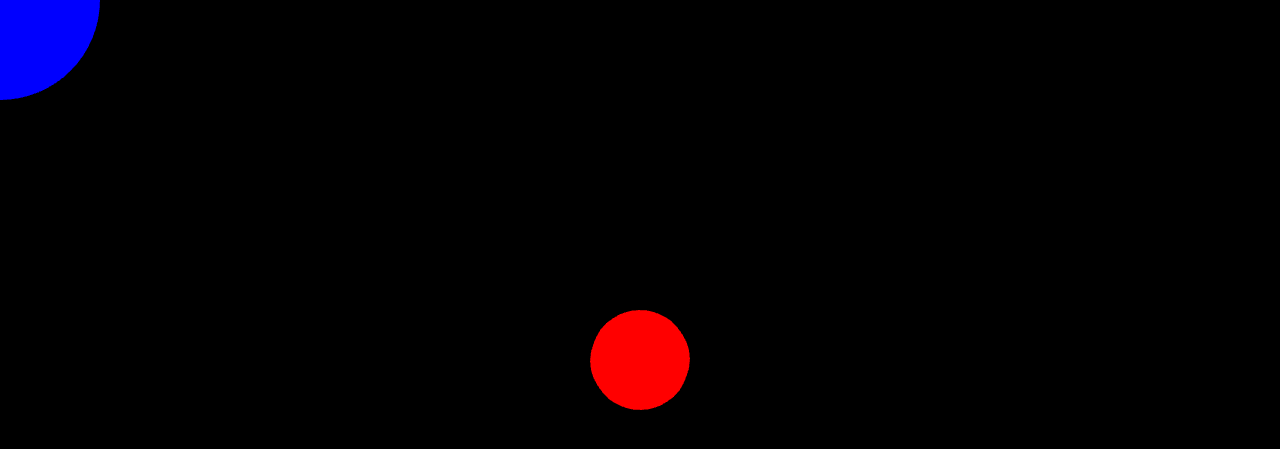
Repository: ZakariaZhlat125/multiple3dWindow
Page: index.html
An editor plug-in stored every save of this project. The page is shown before and after the next save, followed by the edit.
The browser window is 1280 px wide. The pictures show the whole page.

Above is the page before, as saved 2023-12-03 22:17:46.
Console error: ReferenceError: cubes is not defined

After the next save:
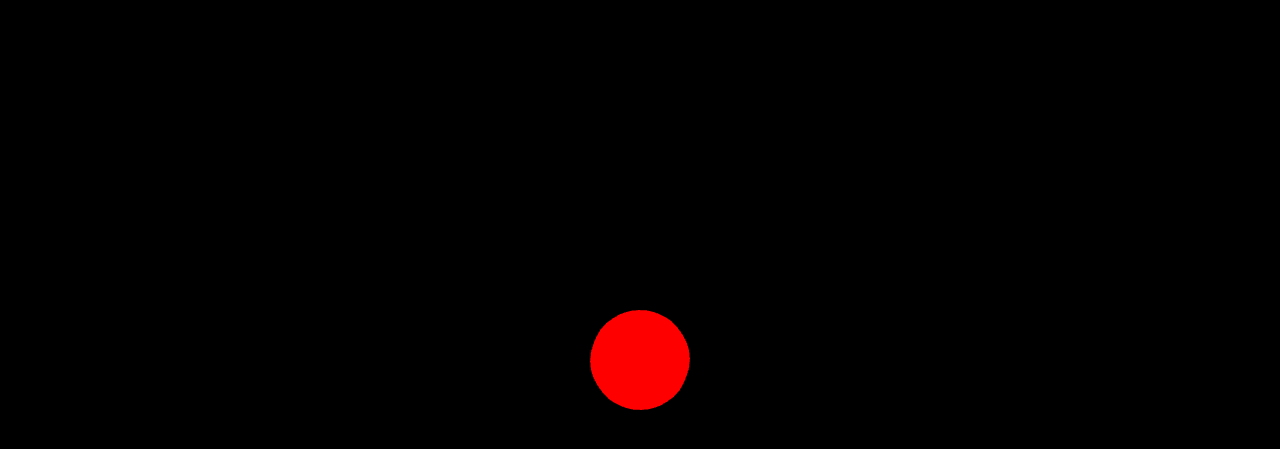
Saved 57 s later.
--- a/main.js
+++ b/main.js
@@ -5,7 +5,7 @@ let camera, scene, renderer, world;
 let near, far;
 let pixR = window.devicePixelRatio ? window.devicePixelRatio : 1;
 let balls = [];
-let backgroundSphere;
+
 let sceneOffsetTarget = { x: 0, y: 0 };
 let sceneOffset = { x: 0, y: 0 };
 
@@ -57,16 +57,21 @@ if (new URLSearchParams(window.location.search).get("clear")) {
   }
 
   function setupScene() {
-    camera = new t.PerspectiveCamera(75, window.innerWidth / window.innerHeight, 0.1, 1000);
-  camera.position.z = 5;
+    camera = new t.OrthographicCamera(
+      0,
+      0,
+      window.innerWidth,
+      window.innerHeight,
+      -10000,
+      10000
+    );
 
-  scene = new t.Scene();
+    camera.position.z = 2.5;
+    near = camera.position.z - 0.5;
+    far = camera.position.z + 0.5;
 
-  // Create a large sphere to act as the background
-  let geometry = new t.SphereGeometry(100, 32, 32); // Adjust the radius as needed
-  let material = new t.MeshBasicMaterial({ color: 0x0000ff, side: t.BackSide }); // Set the color and render on the backside
-  backgroundSphere = new t.Mesh(geometry, material);
-  scene.add(backgroundSphere);
+    scene = new t.Scene();
+    scene.background = new t.Color(0.0);
     scene.add(camera);
 
     renderer = new t.WebGLRenderer({ antialias: true, depthBuffer: true });
